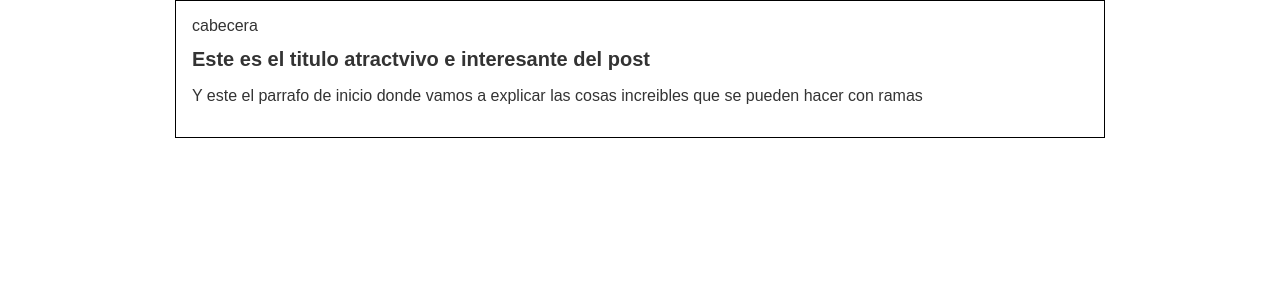
Repository: Areinomora/hiperblog
Page: blogpost.html
These files come from the project's save history. The page is drawn as it stood at one moment and after the next save; the edit follows.
The browser window is 1280 px wide. The pictures show the whole page.

Above is the page before, as saved 2022-12-21 20:20:35.

After the next save:
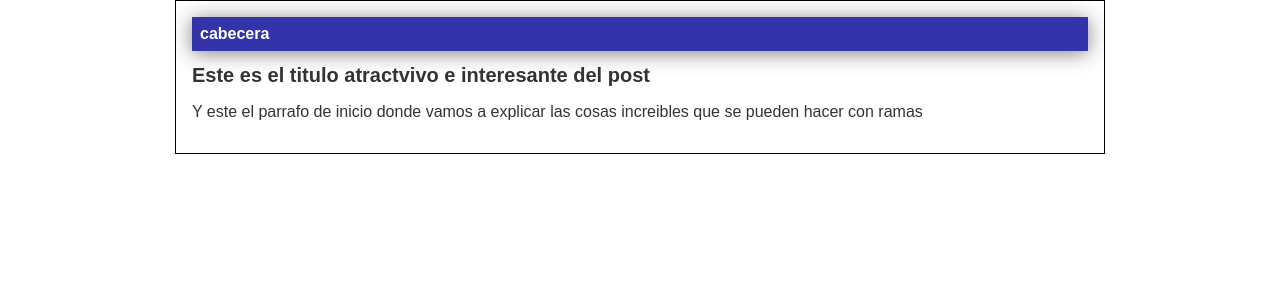
Saved 13 h 4 min later.
--- a/css/estilos.css
+++ b/css/estilos.css
@@ -8,7 +8,16 @@ body
     margin: 0;
 
 }
+#cabecera
+{
+    background: #33a;
+    box-shadow: 0px 2px 20px rgba(0,0,0,0.5);
+    color: white;
+    font-weight: bold;
+    margin: 0;
+    padding: 0.5em;
 
+}
 #container
 {
     width: 70%;
